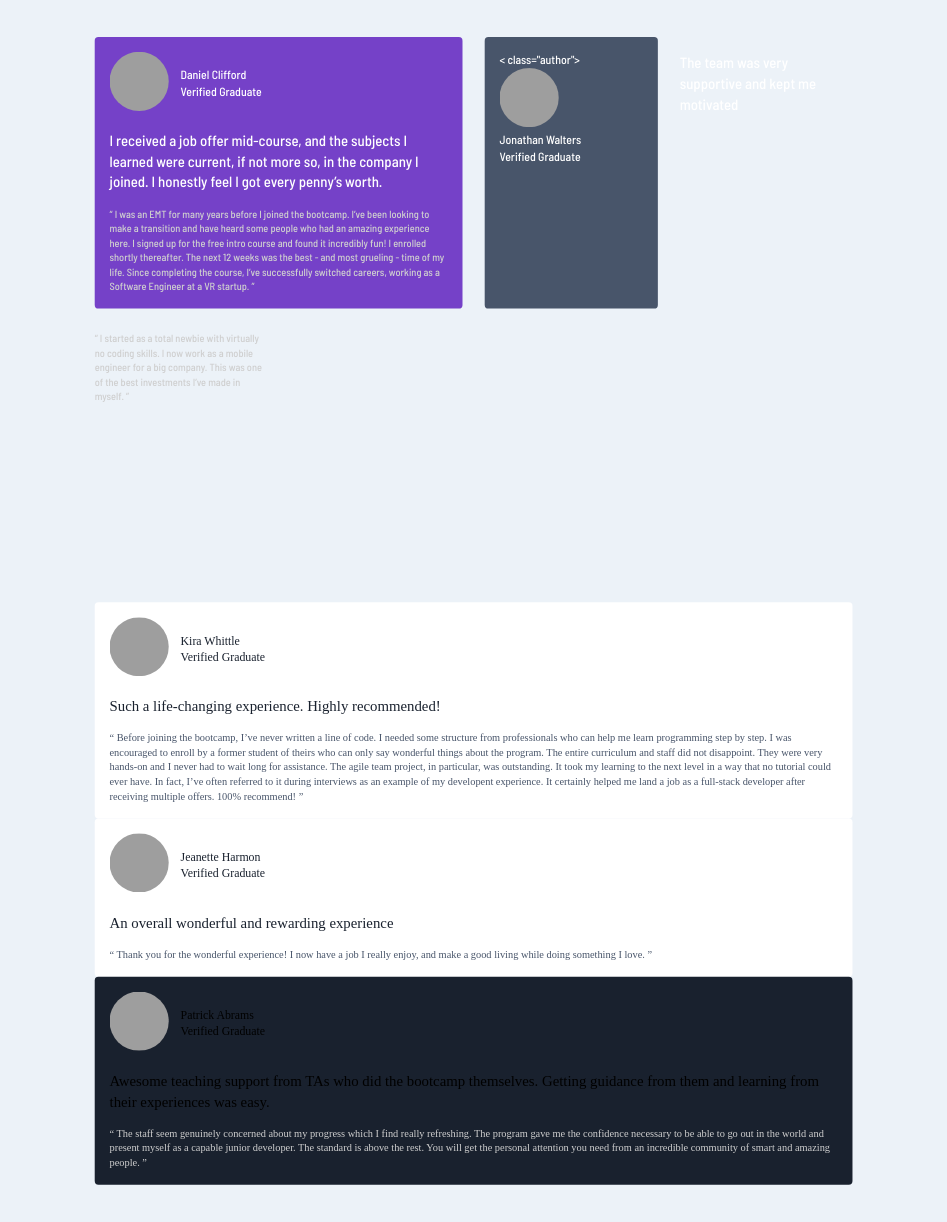
Repository: nptg3105/lab02-testimonials-grid
Page: index.html
An editor plug-in stored every save of this project. The page is shown before and after the next save, followed by the edit.
The browser window is 1280 px wide. The pictures show the whole page, at 74% of full size.
Pictures or frames that could not be fetched are drawn as grey boxes. The style sheet was rebuilt from its Sass, Less or Tailwind sources for each picture, by a compiler version that may differ from the author's.

Above is the page before, as saved 2021-12-08 21:59:38.

After the next save:
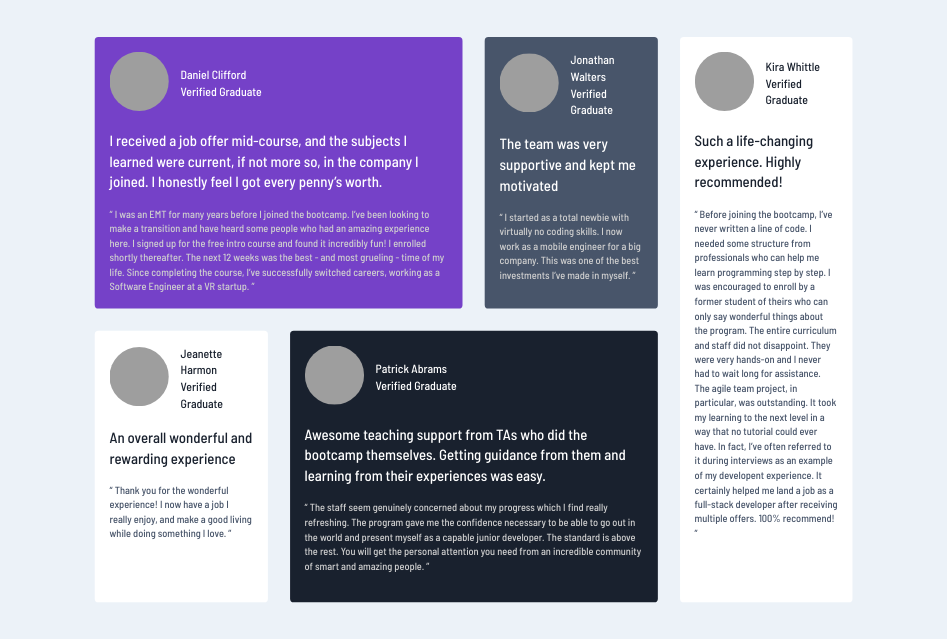
Saved 26 s later.
--- a/index.html
+++ b/index.html
@@ -43,7 +43,7 @@
           </div>
         </div>
         <div class="testimonials__item testimonials__item--grey">
-          < class="author">
+          <div class="author">
             <div class="author__avatar">
               <img
                 src="https://images.unsplash.com/photo-1570295999919-56ceb5ecca61?ixlib=rb-1.2.1&ixid=MnwxMjA3fDB8MHxzZWFyY2h8OHx8bWFufGVufDB8fDB8fA%3D%3D&auto=format&fit=crop&w=500&q=60"
@@ -55,6 +55,7 @@
               <div class="author__name--status">Verified Graduate</div>
             </div>
           </div>
+
           <div class="testimonials__heading">
             The team was very supportive and kept me motivated
           </div>
